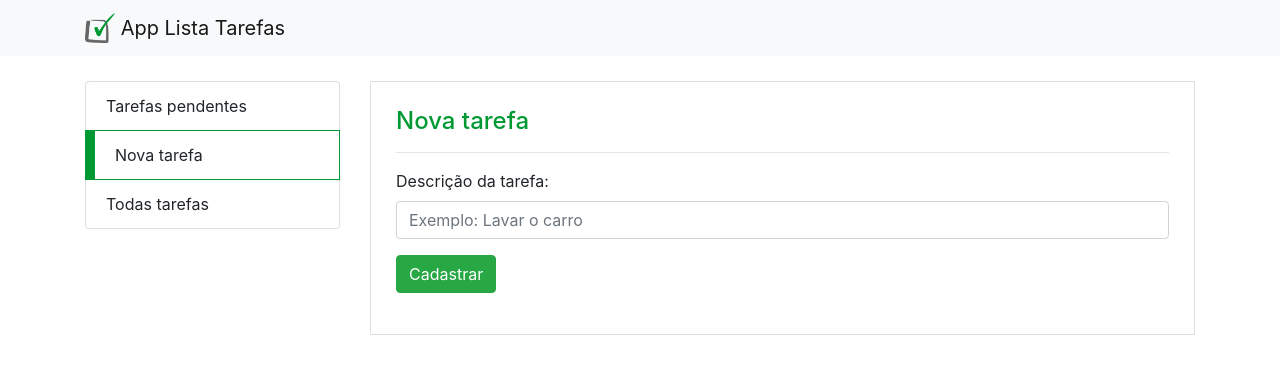
Repository: FredeRibeiro/htdocs-Desenvolvimento-Web-Completo-2019
Page: http://localhost/nova_tarefa.php
These files come from the project's save history. The page is drawn as it stood at one moment and after the next save; the edit follows.
The browser window is 1280 px wide. The pictures show the whole page.
Some web libraries are served in a nearby version. The page is run by PHP 8.4 with error messages shown; the project is at /var/www/html/.

Above is the page before, as saved 2019-10-21 13:38:30.

After the next save:
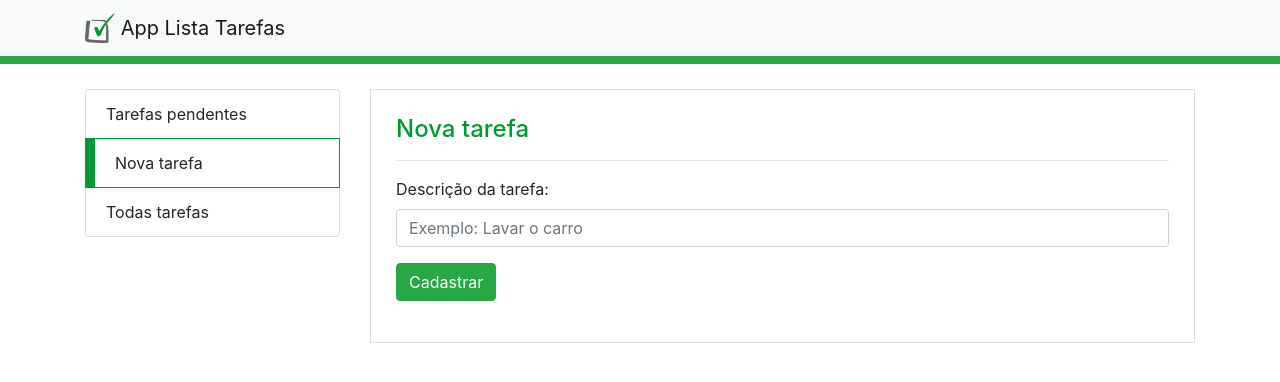
Saved 3 min 1 s later.
--- a/app_lista_tarefas_public/nova_tarefa.php
+++ b/app_lista_tarefas_public/nova_tarefa.php
@@ -20,7 +20,9 @@
 		</div>
 	</nav>
 
-	<div class="bg-success"></div>
+	<div class="bg-success pt-2 text-white d-fles justify-content-center">
+
+	</div>
 
 	<div class="container app">
 		<div class="row">
